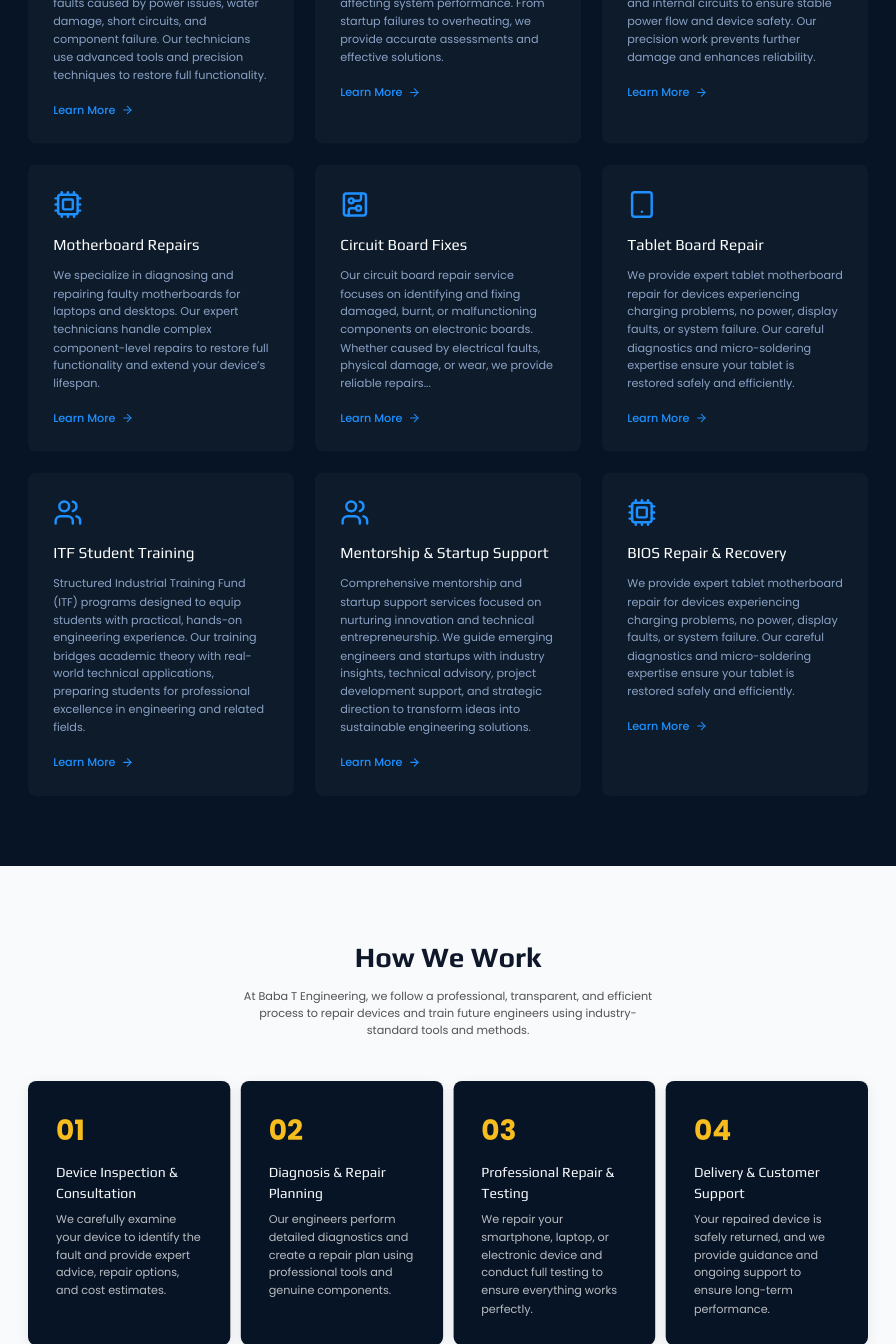
Repository: KC-Minchakpu/babatunde
Page: /services
These files come from the project's save history. The page is drawn as it stood at one moment and after the next save; the edit follows.
The browser window is 1280 px wide. The pictures show the part of the page from y = 553 to 2473 px (the page is 3013 px tall), at 70% of full size.
The project was rebuilt for these pictures with package versions that can differ from the ones it lists, and the page was loaded fresh each time. The framework's server and built-in components were replaced by stand-ins that run in the browser. Also part of the build but not shown: next.config.ts.

Above is the page before, as saved 2026-02-23 13:25:21.

After the next save:
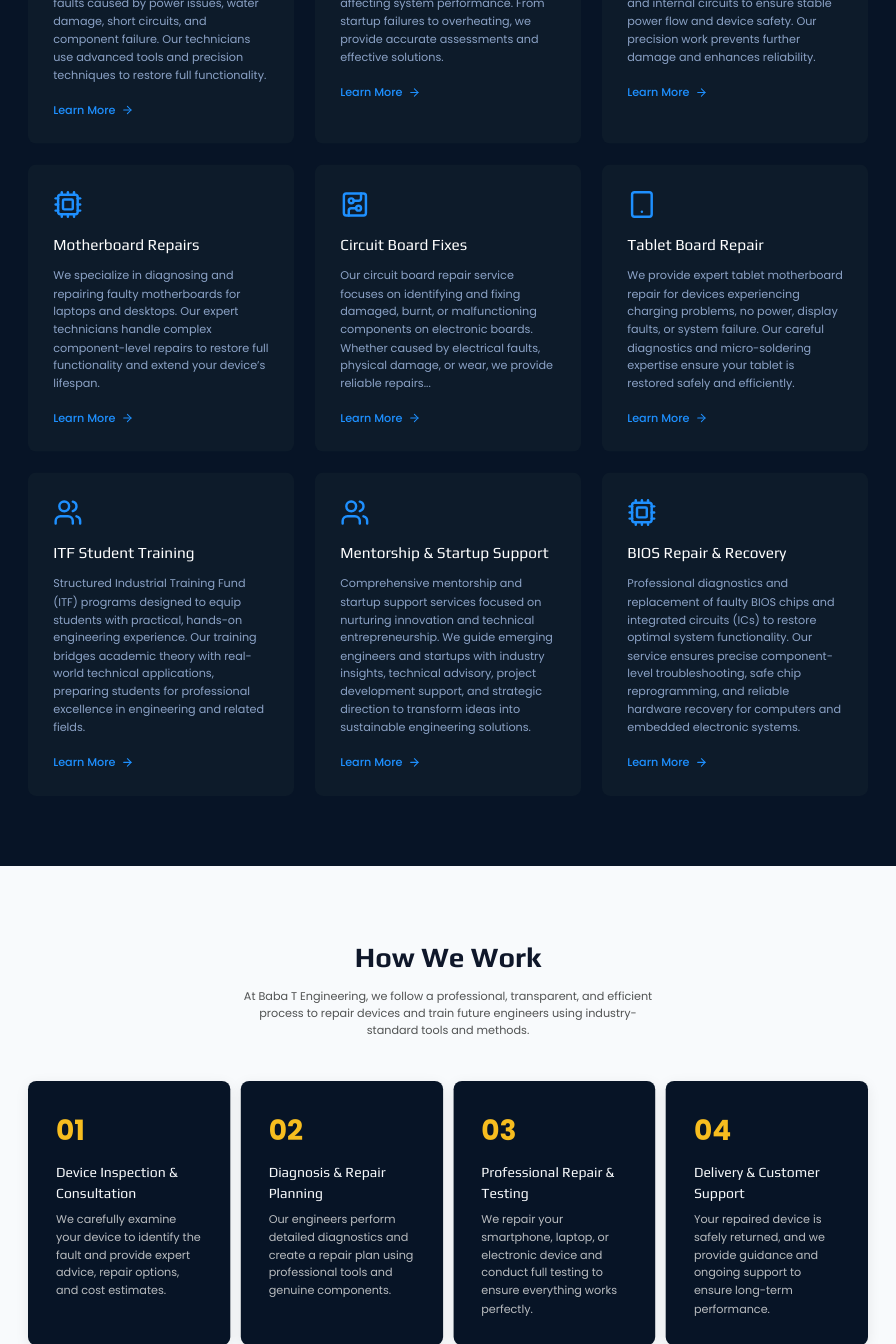
Saved 61 s later.
--- a/src/components/Services/Services.tsx
+++ b/src/components/Services/Services.tsx
@@ -64,7 +64,7 @@ const services = [
   {
     title: "BIOS Repair & Recovery",
     description:
-      "We provide expert tablet motherboard repair for devices experiencing charging problems, no power, display faults, or system failure. Our careful diagnostics and micro-soldering expertise ensure your tablet is restored safely and efficiently.",
+      "Professional diagnostics and replacement of faulty BIOS chips and integrated circuits (ICs) to restore optimal system functionality. Our service ensures precise component-level troubleshooting, safe chip reprogramming, and reliable hardware recovery for computers and embedded electronic systems.",
     icon: Cpu,
   },
 ];
